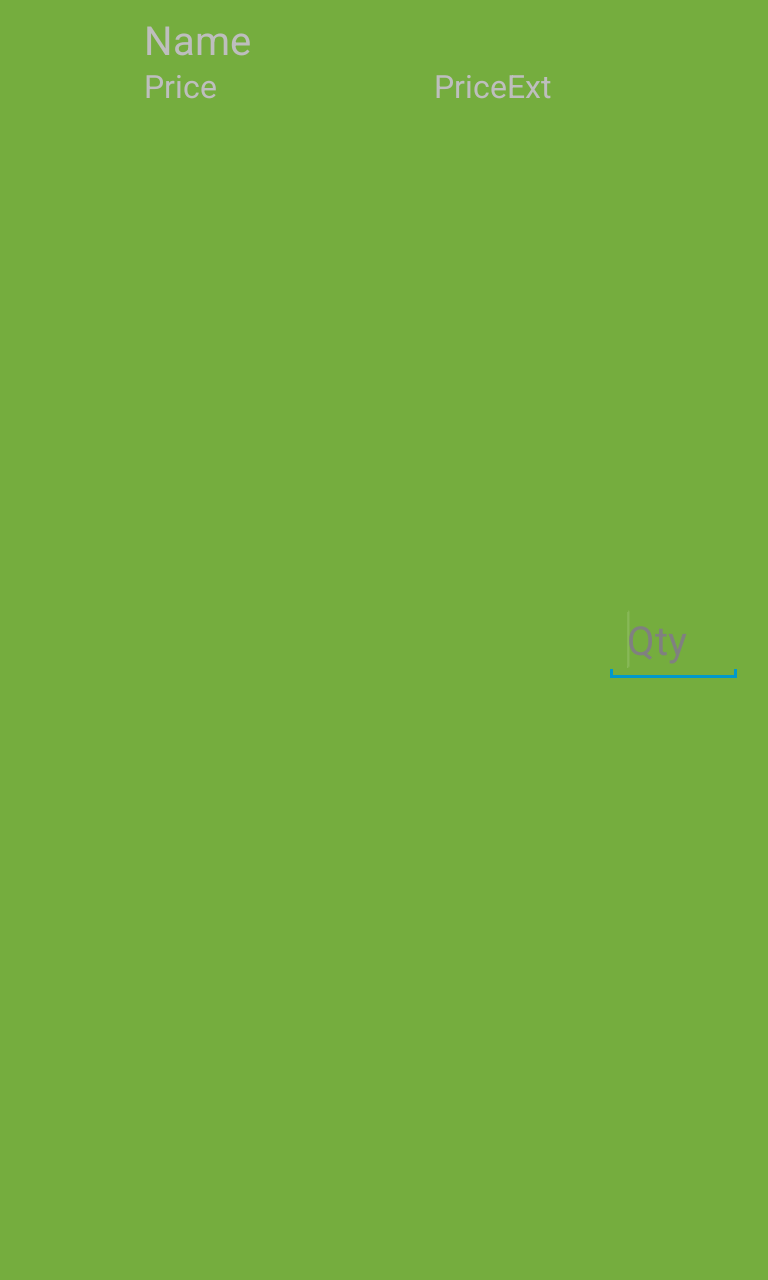
Repository: Adammdit/DT2283GUI
Layout: GunSmoke/res/layout/listrow_details.xml
The author's editor kept a copy of each file at every save. The layout is drawn from the files as they stood at one save, then again after the next save.
It is drawn on a 768 x 1280 px phone screen (xhdpi) without system bars, with theme android:Theme.Holo; the app's code is not run.

Above is the layout before, as saved 2014-11-07 18:05:28.

After the next save:
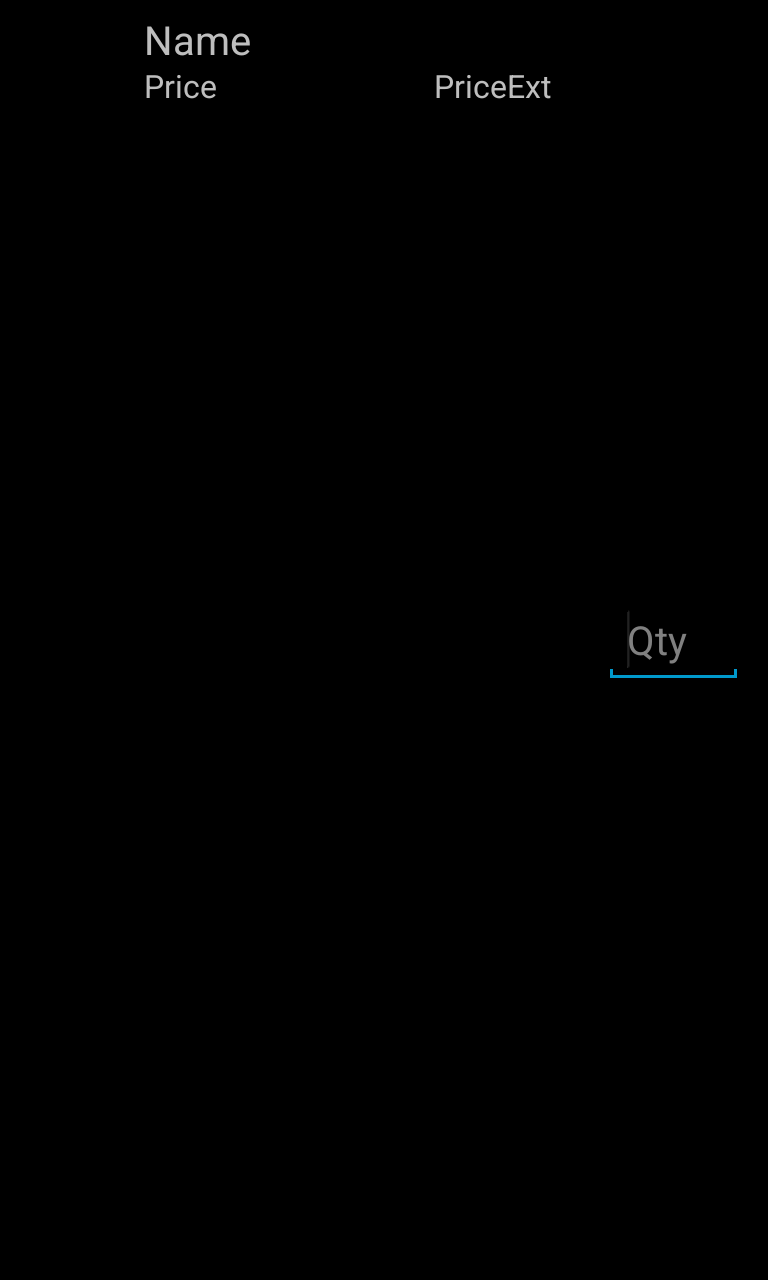
Saved 2 min 13 s later.
--- a/GunSmoke/res/layout/listrow_details.xml
+++ b/GunSmoke/res/layout/listrow_details.xml
@@ -3,7 +3,7 @@
     android:layout_width="fill_parent"
     android:layout_height="wrap_content"
     android:orientation="vertical"
-    android:background="#75AD3E"
+    android:background="3D3D00"
     android:padding="6dip" >
 
     <ImageView
